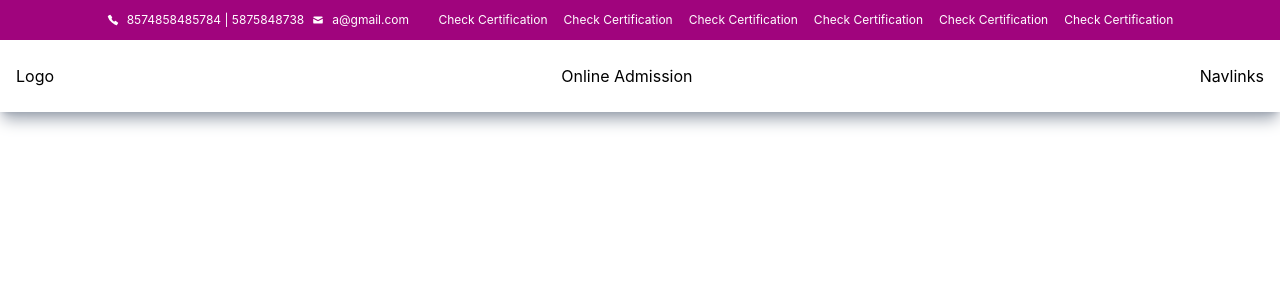
Repository: Sushant203/react-training-
Page: /
These files come from the project's save history. The page is drawn as it stood at one moment and after the next save; the edit follows.
The browser window is 1280 px wide. The pictures show the whole page.
The project was rebuilt for these pictures with package versions that can differ from the ones it lists, and the page was loaded fresh each time. Also part of the build but not shown: src/App.css, src/components/LowerNav.jsx, src/components/UpperNav.jsx.

Above is the page before, as saved 2022-12-19 09:42:38.

### src/App.js

import './App.css';
import LowerNav from './components/LowerNav';
import UpperNav from './components/UpperNav';
import Layout from './Hoc/Layout/Layout'

function App() {
  return (
    <div>
     <Layout />
    </div>
  );
}

export default App;

### src/Hoc/Layout/Layout.jsx
import React from "react";
import Toolbar from "../../components/Naviagtion/Toolbar/index";

function Layout() {
  return (
    <div>
      {/* toolbar */}
      <Toolbar />
    </div>
  );
}

export default Layout;

### src/components/Naviagtion/Toolbar/index.jsx
import React from "react";
import Header from "./header";
import Secondary from "./Secondary";

function Index() {
  return (
    <div className="h-fit bg-mainColor w-screen shadow-lg shadow-gray-400 ">
      <Header />
      <Secondary />
    </div>
  );
}

export default Index;

### src/components/Naviagtion/Toolbar/header.jsx
import React from "react";
import { IoCallSharp } from "react-icons/io5";
import { HiMail } from "react-icons/hi";
function Header() {
  const NavLinks = [
    { title: "check certificate" },
    { title: "check certificate" },
    { title: "check certificate" },
    { title: "check certificate" },
    { title: "check certificate" },
    { title: "check certificate" },
  ];
  return (
    <div className="py-3  w-10/12 mx-auto flex items-center justify-between text-xs">
      {/* number and email */}
      <div className="flex gap-2  text-white">
        <div className="flex gap-2  items-center">
          <IoCallSharp />
          8574858485784 | 5875848738
        </div>
        <div className=" flex gap-2 items-center">
          <HiMail />
          a@gmail.com
        </div>
      </div>
      {/* navigation links */}
      <div className="text-white flex gap-4 text-xs ">
        {NavLinks.map((val, i) => {
          return (
            <div key={i} className="capitalize ">
              check certification
            </div>
          );
        })}
      </div>
    </div>
  );
}

export default Header;

### src/components/Naviagtion/Toolbar/Secondary.jsx
import React from "react";

function Secondary() {
  return (
    <div className="flex justify-between px-4 w-full py-6 bg-white">
      <div>Logo</div>
      <div>Online Admission</div>
      <div>Navlinks</div>
    </div>
  );
}

export default Secondary;

### tailwind.config.js
/** @type {import('tailwindcss').Config} */
module.exports = {
  content: [
    "./src/**/*.{js,jsx,ts,tsx}",
  ],
  theme: {
    extend: {
      colors:{
        mainColor:'#A0047D'
      }
    },
  },
  plugins: [],
}

Loaded but not shown: public/index.html (common file); src/index.js (common file); src/index.css (common file); src/reportWebVitals.js (common file)

After the next save:
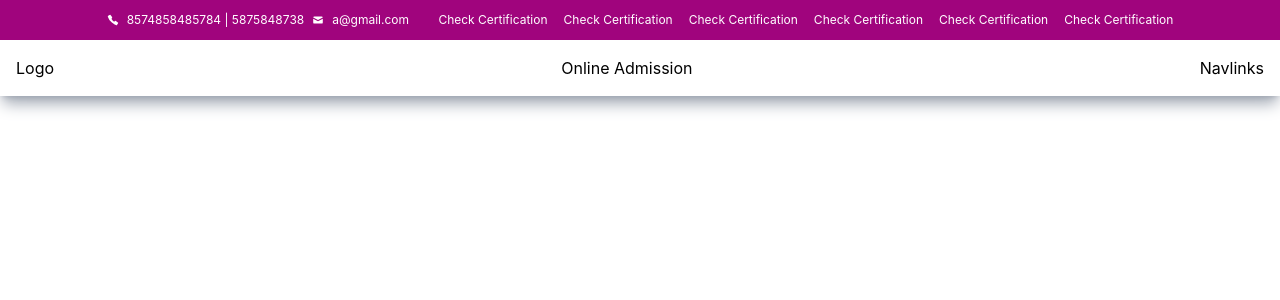
Saved 17 s later.
--- a/src/components/Naviagtion/Toolbar/Secondary.jsx
+++ b/src/components/Naviagtion/Toolbar/Secondary.jsx
@@ -2,7 +2,7 @@ import React from "react";
 
 function Secondary() {
   return (
-    <div className="flex justify-between px-4 w-full py-6 bg-white">
+    <div className="flex justify-between px-4 w-full py-4 bg-white">
       <div>Logo</div>
       <div>Online Admission</div>
       <div>Navlinks</div>
